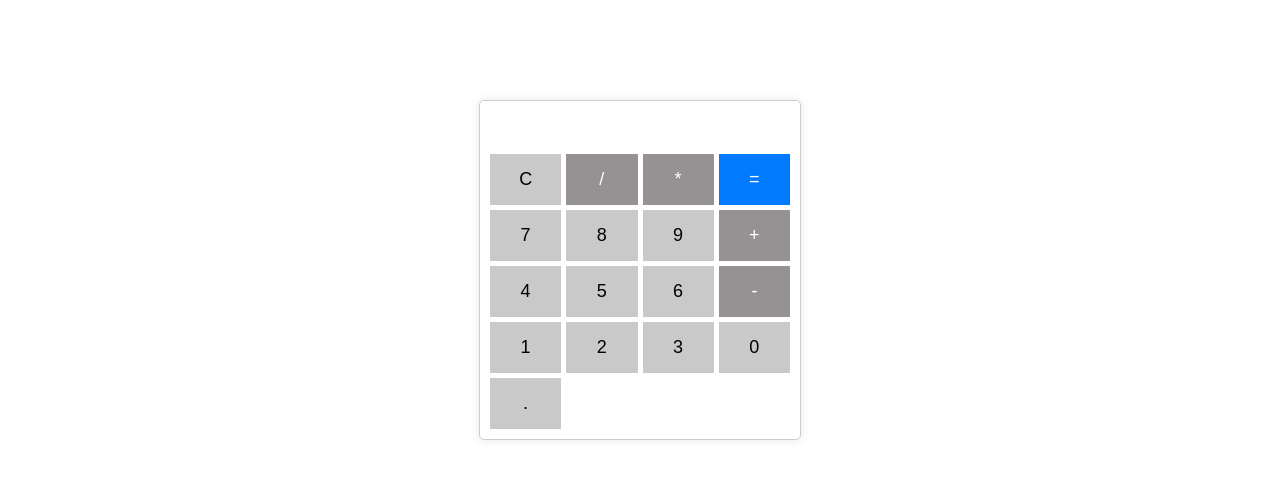
Repository: om9011/calculator
Page: index.html
The author's editor kept a copy of each file at every save. The page is drawn from the files as they stood at one save, then again after the next save.
The browser window is 1280 px wide. The pictures show the whole page.

Above is the page before, as saved 2024-02-21 11:07:20.

After the next save:
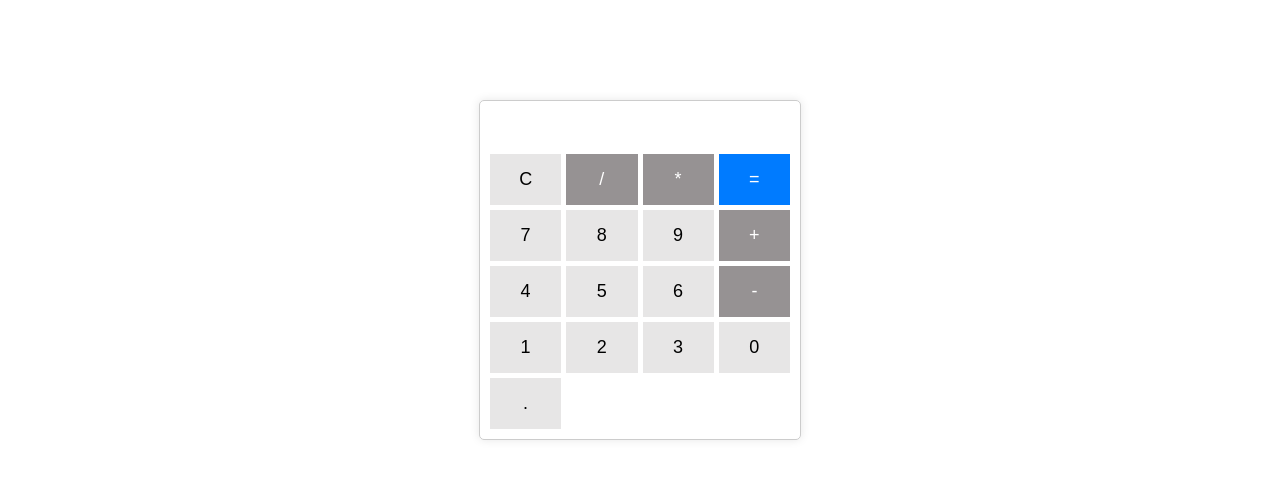
Saved 5 s later.
--- a/styles.css
+++ b/styles.css
@@ -29,7 +29,7 @@ button {
   border: none;
   outline: none;
   cursor: pointer;
-  background-color: #c9c9c9;
+  background-color: #e7e6e6;
   transition: background-color 0.3s ease;
 }
 
